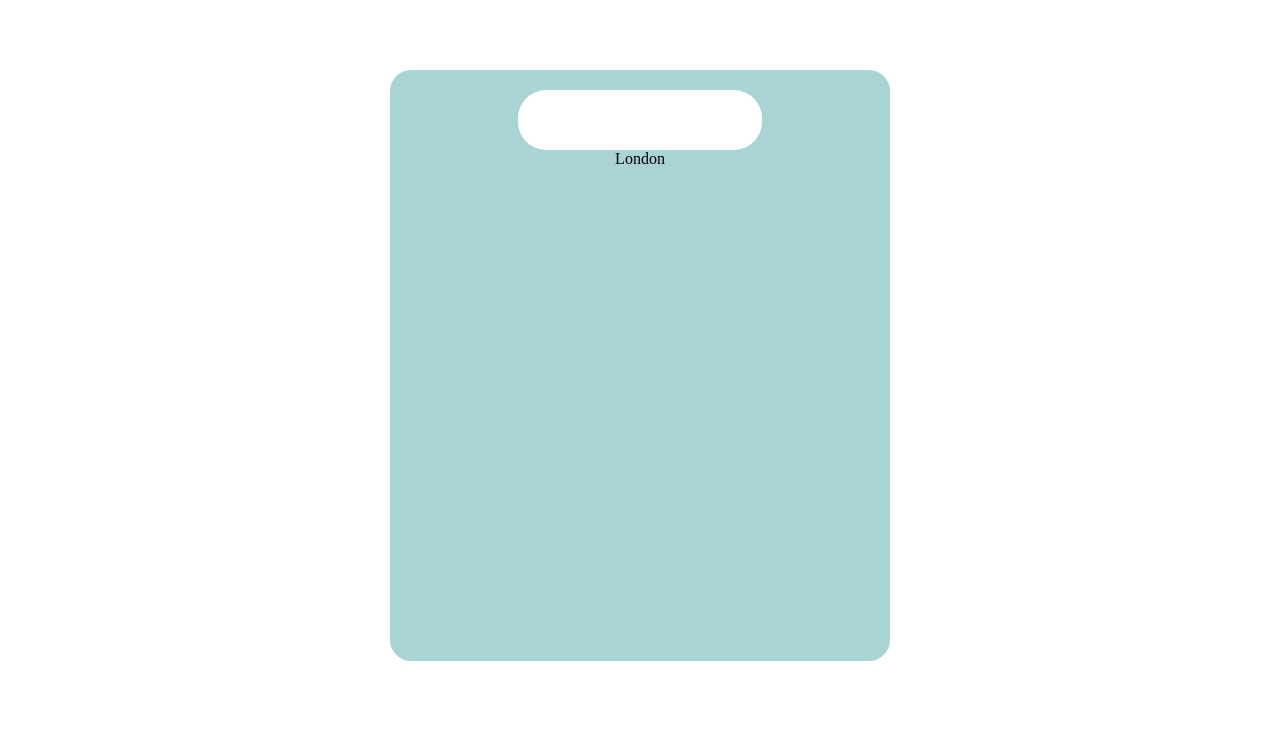
Repository: WajihaGul/Weather-App
Page: /
These files come from the project's save history. The page is drawn as it stood at one moment and after the next save; the edit follows.
The browser window is 1280 px wide. The pictures show the whole page.
The project was rebuilt for these pictures with package versions that can differ from the ones it lists, and the page was loaded fresh each time. Also part of the build but not shown: src/index.css.

Above is the page before, as saved 2024-05-29 18:07:30.

After the next save:
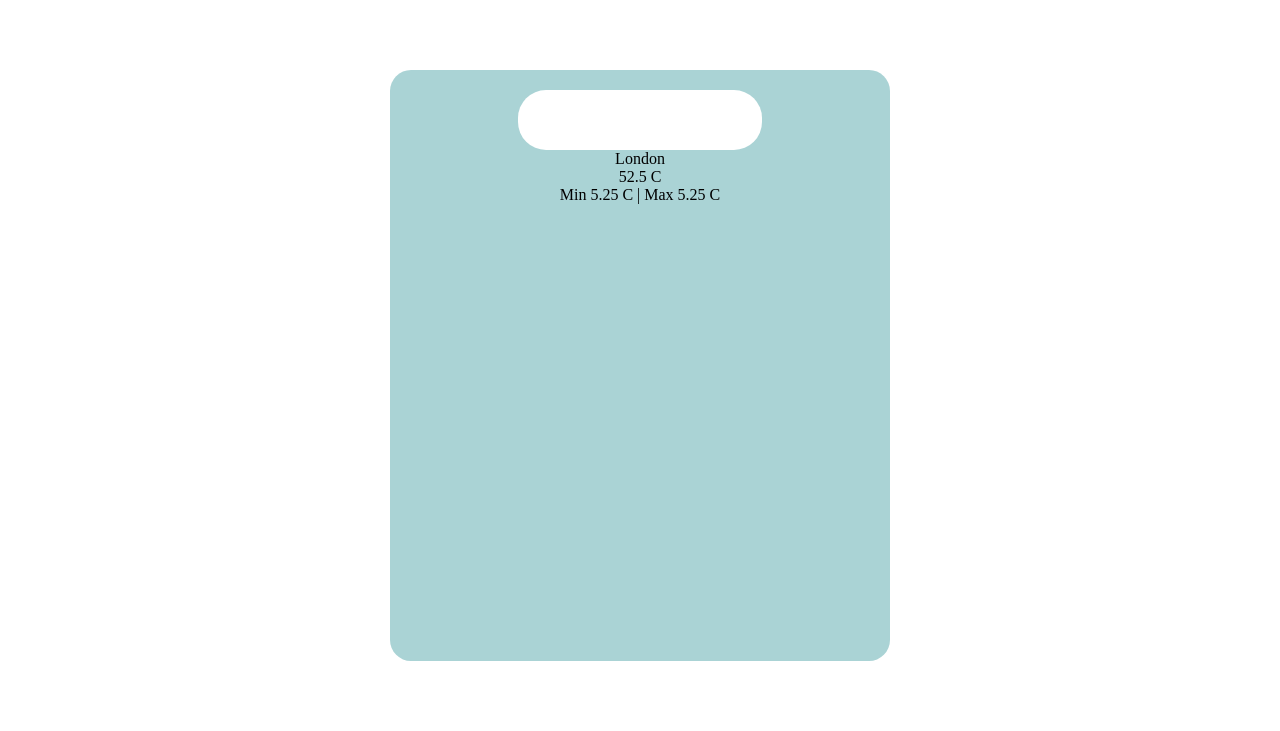
Saved 94 s later.
--- a/src/Components/Weather/Weather.jsx
+++ b/src/Components/Weather/Weather.jsx
@@ -7,7 +7,9 @@ const Weather = () => {
         <div>
           <input className={styles.search} type="search" />
         </div>
-        <div>London</div>
+        <div className={styles.city}>London</div>
+        <div className={styles.temperature}>52.5 C</div>
+        <div>Min 5.25 C | Max 5.25 C</div>
       </div>
     </>
   );
